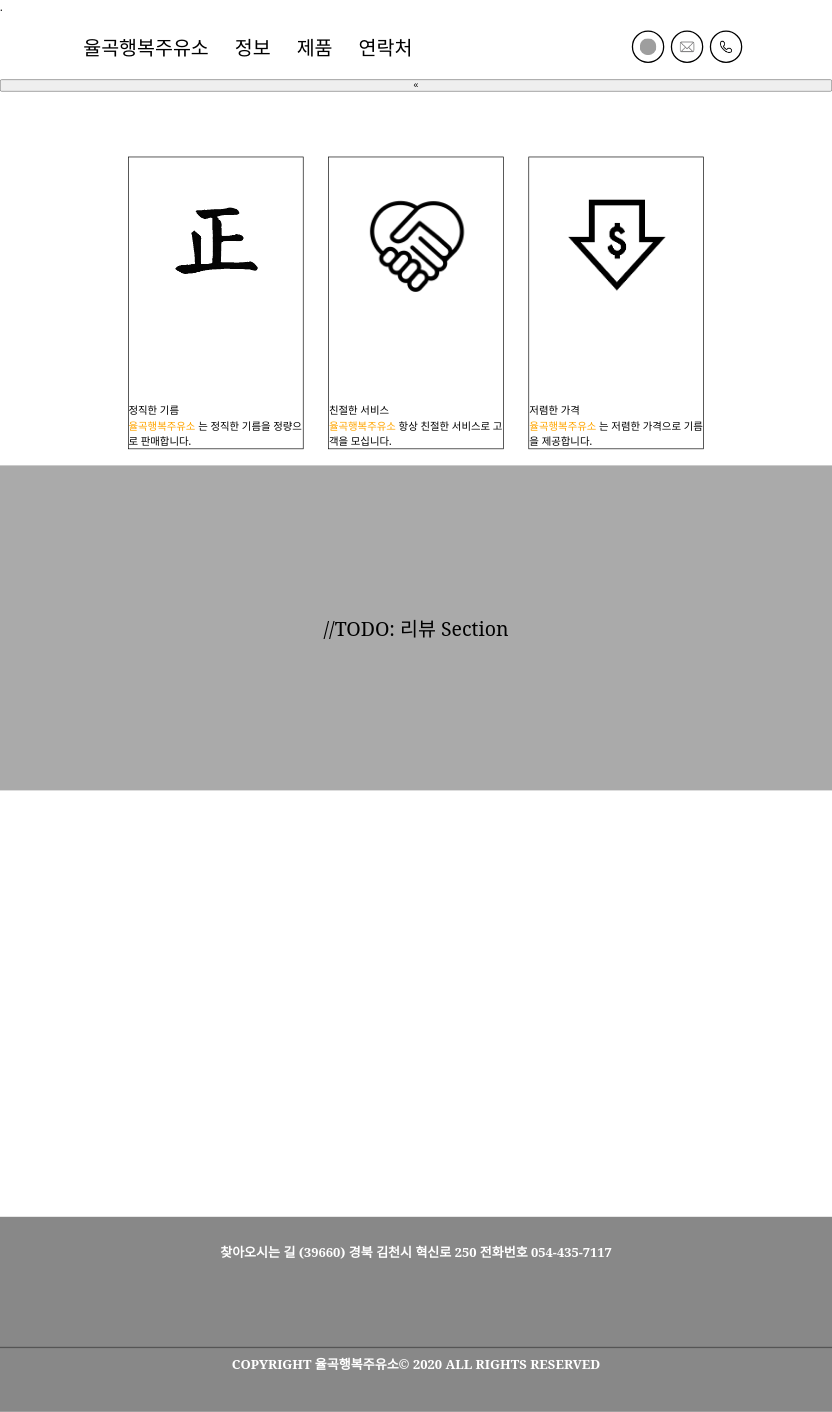
Repository: randomUser134923/pet-projects
Page: pet-projects/web1/index.html
The author's editor kept a record of every edit. The page is drawn from the files as they stood at one moment, then again after the next edit.
The browser window is 1280 px wide. The pictures show the whole page, at 65% of full size.
Pictures or frames that could not be fetched are drawn as grey boxes.

Above is the page before.

### pet-projects/web1/index.html
<!DOCTYPE html>
<html>
    <head>
        <meta charset="utf-8"/>
        <link rel="stylesheet" href="./css/style.css" type="text/css" />
        <link rel="stylesheet" href="./css/banner.css" type="text/css" />
          <link rel="stylesheet" href="https://cdnjs.cloudflare.com/ajax/libs/animate.css/4.1.1/animate.min.css" />
        <script type="text/javascript" src="./js/jquery-3.5.1.js"></script>
        <script src="https://cdnjs.cloudflare.com/ajax/libs/modernizr/2.8.3/modernizr.min.js"></script>.
        <script type="text/javascript" src="./js/banner.js"></script>


    </head>

    <body>
        <header>
            <div class="menu-wrapper">
                <ul class="menu-bar">
                    <li class="home_cont"><a href="#" class="home">율곡행복주유소</a></li>
                    <li class="about_cont"><a href="#" class="about">정보</a></li>
                    <li class="offer_cont"><a href="#" class="offer">제품</a></li>
                    <li class="contract_cont"><a href="#" class="contact">연락처</a></li>
                </ul>

                <ul class="icon-bar">
                    <li><img class="map-icon" src="./images/map.png" /></li>
                    <li><img class="mail-icon" src="./images/mail.png" /></li>
                    <li><img class="call-icon" src="./images/call.png" /></li>
                </ul>

            </div>

        </header>

        <div class="content-wrapper">
            <button onclick="prev()">&laquo;</button>
            <div class="scroller">
                <ul class="items">
                    <li class="item" style="background-image:url(./images/gas-station-1.jpg);"></li>
                    <li class="item" style="background-image:url(./images/img2.jpg);"></li>
                    <li class="item" style="background-image:url(./images/img3.jpg);"></li>
                </ul>
            </div>

            <div class="values">
                <div class="value1">
                    <div class ="value1-icon">
                        <img class= "value-icon-common" src="./images/honest.png"/>
                    </div>
                    <div class="value-text-container">
                        <div class="value-text-container-header">
                            정직한 기름
                        </div>
                        <div class="value-text-container-explain">
                            <p><span class="gas-station-name">율곡행복주유소</span> 는 정직한 기름을 정량으로 판매합니다.</p>
                        </div>
                    </div>
                </div>

                <div class="value2">
                    <div class ="value2-icon">
                        <img class= "value-icon-common" src="./images/kind.png"/>
                    </div>
                    <div class="value-text-container">
                        <div class="value-text-container-header">
                            친절한 서비스
                        </div>
                        <div class="value-text-container-explain">
                            <p><span class="gas-station-name">율곡행복주유소</span> 항상 친절한 서비스로 고객을 모십니다.</p>
                        </div>
                    </div>
                </div>

                <div class="value3">
                    <div class ="value3-icon">
                        <img class= "value-icon-common" src="./images/cheap.png"/>
                    </div>
                    <div class="value-text-container">
                        <div class="value-text-container-header">
                            저렴한 가격
                        </div>
                        <div class="value-text-container-explain">
                            <p><span class="gas-station-name">율곡행복주유소</span> 는 저렴한 가격으로 기름을 제공합니다.</p>
                        </div>
                    </div>
                </div>
            </div>

            <div class="reviews">
                <div class="review-text">
                    //TODO: 리뷰 Section
                </div>
            </div>

        </div>

        <footer>
            <div class="footer_explain">
                <p>
                    <span class="address">찾아오시는 길</span> (39660) 경북 김천시 혁신로 250
                    <span class="phone">전화번호</span> 054-435-7117 <br>
                </p>
            </div>

            <div class="copyright">
                COPYRIGHT <span>율곡행복주유소</span><span>&copy</span> 2020 ALL RIGHTS RESERVED
            </div>
        </footer>
    </body>
</html>

### pet-projects/web1/css/style.css
/* https://freefrontend.com/css-sliders/ */


* {
    padding: 0;
    margin:0;
    box-sizing: border-box;
}

@font-face { font-family: 'NanumBarunGothic';
src: url('/fonts/NanumBarunGothic.eot');
src: url('/fonts/NanumBarunGothic.eot') format('embedded-opentype'),
url('/fonts/NanumBarunGothic.woff') format('woff');}



header {
    display: flex;
    align-items: center;
    justify-content: center;
    height: 100px;
    width: 100%;
    background-color: #FFFFFF;
}

body {
    font-family: 'NanumGothic', 'serif';

}

ul {
    list-style-type: none;
    text-decoration: none;
}


a {
    text-decoration: none;
}

.menu-wrapper {
    display: flex;
    flex-direction: row;
    width: 80%;
    justify-content: space-between;
    align-items: center;
}

.menu-bar {
    display: flex;
    flex-direction: row;
    align-items: center;
}

.icon-bar {
    display: flex;
    flex-direction: row;
    align-items: center;
}

.map-icon , .call-icon , .mail-icon {
    display: flex;
    justify-content: center;
    align-items: center;
    width: 50px;
    height: 50px;
    padding: 10px;
    mix-blend-mode: multiply;
    border: 2px solid black;
    border-radius: 50px;
    margin-right: 10px;
}

.menu-bar li a {
    color: black;
}

.menu-bar li a:hover {
    color: blue;
}


.home , .about, .offer, .contact {
    display: flex;
    justify-content: center;
    align-items: center;
    font-size: 30px;
    margin-right: 40px;
}



.contact {
    margin-right: 0px;
}

.content-wrapper {
    position: relative;
    display: flex;
    flex-direction: column;
    height: 1750px;

}

/*                           Sliding banner                           */
.scroller {
    position: relative;
    display: flex;
    overflow:hidden;
    flex-wrap: nowrap;
    width: 100%;
    height: 750px;
}



/* ------------------------------------------------------------------- */

.values {
    display: flex;
    justify-content: center;
    align-items: center;
    height: 500px;
}


.value1 , .value2 , .value3 {
    position: relative;
    display:flex;
    justify-content: center;
    align-items: flex-end;
    border: 1px solid black;
    width: 270px;
    height: 90%;
    margin-right: 3%;
}

.value1-text-container {
    display:flex;;
    flex-direction: column;
    align-items: center;
    width: 80%;
    height: 50%;
    font-size: 18px;
    line-height: 1.3;
}


.value1-text-container-header {
    display:flex;
    font-weight: bold;
    font-size: 30px;

}

.value1-text-container-explain {
    display:flex;
    margin-top: 20px;
}


.value3 {
    margin-right:0px;
}

.value1-icon , .value2-icon , .value3-icon {
    position: absolute;
    left: 50px;
    top: 50px;
    display: flex;
    justify-content: center;
    align-items: center;

    width: 170px;
    height: 170px;
}

.value-icon-common {
    width: 150px;
    height: 150px;
    mix-blend-mode: multiply;
}

.reviews {
    display: flex;
    justify-content: center;
    align-items: center;
    flex-direction: column;
    height: 500px;
    background-color: #AAAAAA;
}

.review-text {
    display: flex;
    justify-content: center;
    align-items: center;
    height: 75px;
    font-size: 30px;

}

.review-box-wrapper {
    display: flex;
    justify-content: center;
    align-items: center;
    flex-direction: row;
    width: 100%;
    height: 300px;

}

.review-box-1 {
    margin-right: 20px;
}

.review-box-1 , .review-box-2 {
    display: flex;
    justify-content: center;
    align-items: center;
    width: 40%;
    height: 100%;
}

blockquote{
  font-size: 1.4em;
  width:100%;
  height: 100%;
  margin:50px auto;
  font-style:italic;
  color: #555555;
  padding:1.2em 30px 1.2em 75px;
  border-left:8px solid #78C0A8 ;
  line-height:1.3;
  position: relative;
  background:#EDEDED;
}

blockquote::before{
  font-family:Arial;
  content: "\201C";
  color:#78C0A8;
  font-size:4em;
  position: absolute;
  left: 10px;
  top:-10px;
}

blockquote::after{
  content: '';
}

blockquote span{
  display:block;
  color:#333333;
  font-style: normal;
  font-weight: bold;
  margin-top:1em;
}


.scroller {
    display: flex;
    justify-content: center;
    align-items: center;
    height: 75px;
}
footer {
    height: 300px;
    font-size: 20px;
    text-align: center;
    color: white;
    background-color: #888888;
    font-weight: bold;
    line-height: 50px;
    vertical-align: middle;
}

.footer_explain {
    padding-top: 30px;
    height: 200px;
}

.copyright {
    height: 100px;
    border-top: 2px solid #555555;

}

.gas-station-name {
    color: orange;
    height: 16px;
}

### pet-projects/web1/css/banner.css

i {
    margin: 0;
	padding: 0;
	border: 0;
	font-size: 100%;
	font: inherit;
	vertical-align: baseline;
}


#slides{
  position: relative;
  width: 100%;
  padding: 0;
  margin: 0;
}

.slide{
  height:100%;
  position: relative;
  left: 0;
  top: 0;
  width: 100%;
  opacity: 0;
  transition: opacity 1s;
  background-size: cover;
}

.showing{
  opacity: 1;
  z-index: 2;
}

.slide1{
  background-image: url("../images/img1.jpg")
}

.slide2{
  background-image: url(("../images/img2.jpg)
}

.slide3{
  background-image: url(("../images/img3.jpg")
}



.arrow{
  color: #fff;
  z-index: 3;
  position: absolute;
  top: 80%;
  transition: color 1s;
    font-size: 30px;
}

.arrow:hover{
  cursor: pointer;
  color: #444;

}

.arrow-next{
  left: 20%;
}

.arrow-prev{
  right: 20%;
}



@media(min-width: 750px){

    .arrow-next{
      left: 40%;
    }

    .arrow-prev{
      right: 40%;
    }

}

Loaded but not shown: pet-projects/web1/js/jquery-3.5.1.js (library); pet-projects/web1/js/banner.js (no stored copy; drawn as an empty file)

After the next edit:
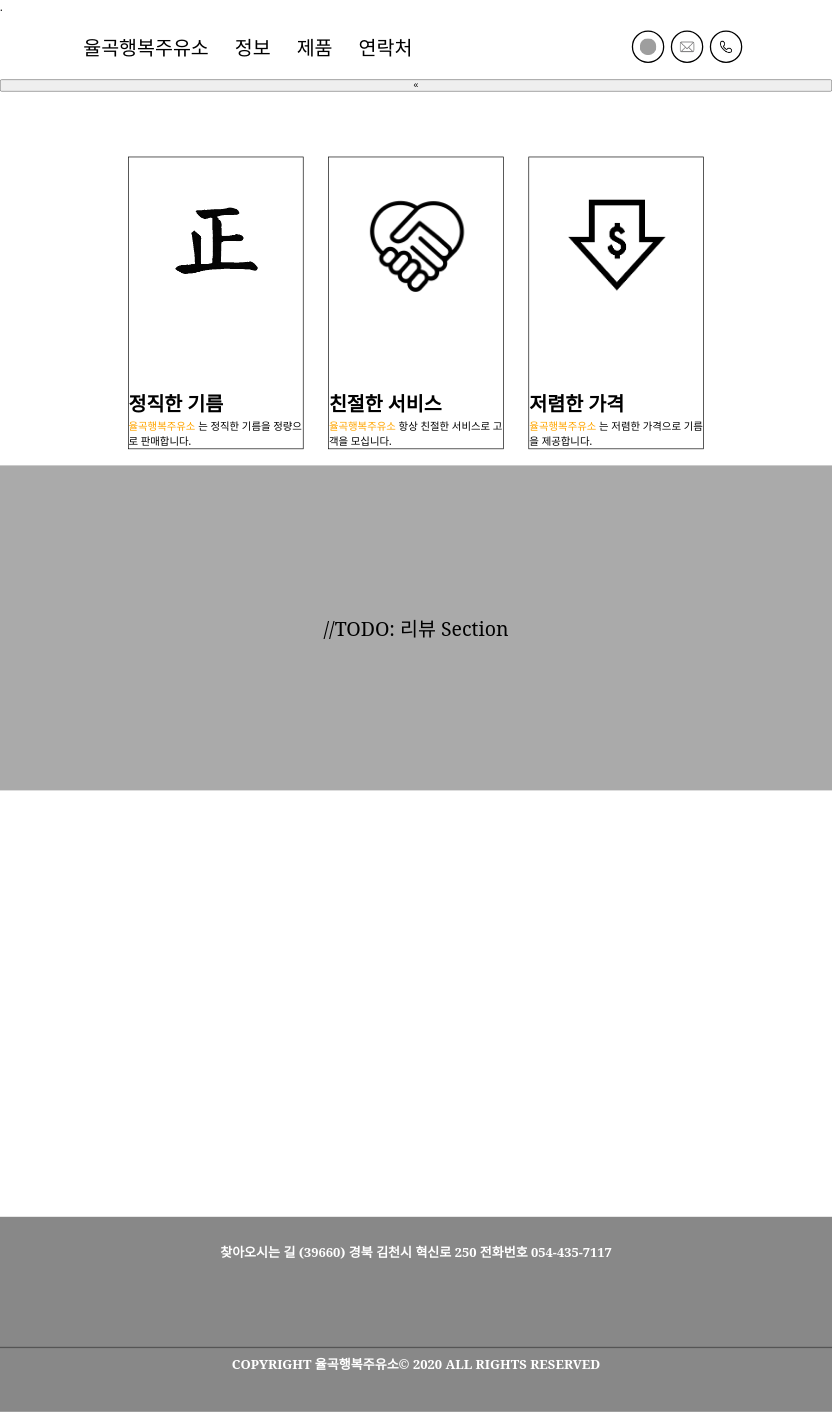
The edit:
--- a/pet-projects/web1/css/style.css
+++ b/pet-projects/web1/css/style.css
@@ -146,7 +146,7 @@
 }
 
 
-.value1-text-container-header {
+.value-text-container-header {
     display:flex;
     font-weight: bold;
     font-size: 30px;
